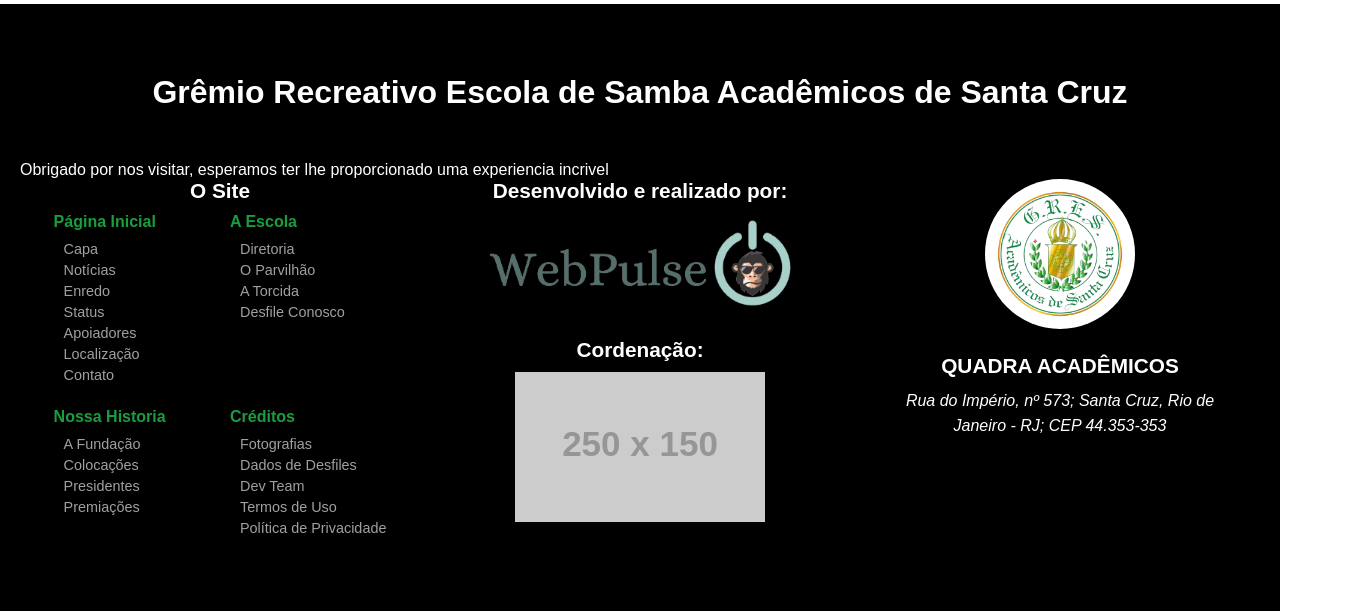
Repository: Lorsuz/gresasco
Page: index.html
These files come from the project's save history. The page is drawn as it stood at one moment and after a run of saves; the edit follows.
The browser window is 1280 px wide. The page is 1350 px wide, so the pictures cover 1350 px, including what lies to the right of the window. The pictures show the part of the page from y = 3546 to 4157 px (the page is 4157 px tall).
Some web fonts or font styles are not loaded; a fallback is used. The style sheet was rebuilt from its Sass, Less or Tailwind sources for each picture, by a compiler version that may differ from the author's.

Above is the page before, as saved 2023-11-05 17:42:55.

After the next 6 saves:
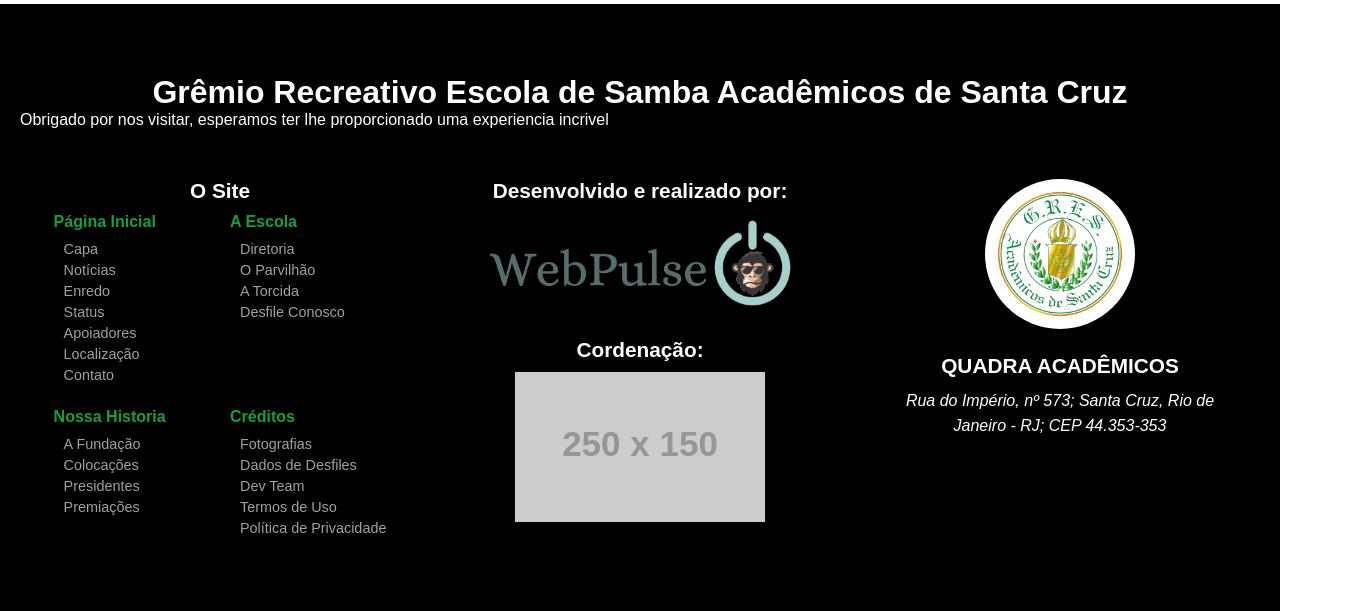
The 6 saves are shown as one change because they came seconds apart.
The last was saved 88 s later.
--- a/components/sass/partials/footer.scss
+++ b/components/sass/partials/footer.scss
@@ -10,6 +10,8 @@ footer {
 
 	h1 {
 		text-align: center;
+	}
+	>p{
 		margin-bottom: 50px;
 	}
 
